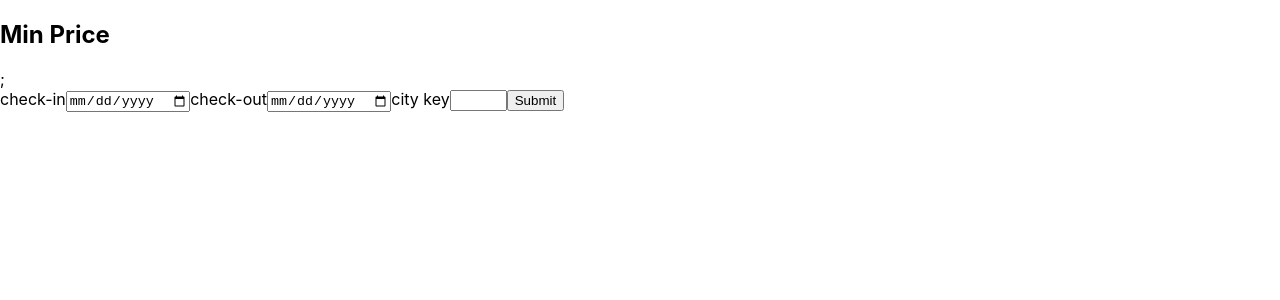
Repository: vsterev/il-test
Page: /min-price
These files come from the project's save history. The page is drawn as it stood at one moment and after the next save; the edit follows.
The browser window is 1280 px wide. The pictures show the whole page.
The project was rebuilt for these pictures with package versions that can differ from the ones it lists, and the page was loaded fresh each time. A package was used in the major version that the imports need, not the one package.json lists. Also part of the build but not shown: src/components/error/index.jsx.

Above is the page before, as saved 2021-04-27 08:18:22.

### src/index.js
import React from 'react';
import ReactDOM from 'react-dom';
import './index.css';
// import App from './App';
import reportWebVitals from './reportWebVitals';
// import MinPrice from './components/minPrice';
import Navigation from './navigation';

ReactDOM.render(
  <React.StrictMode>
    {/* <App /> */}
    {/* <MinPrice /> */}
    <Navigation />
  </React.StrictMode>,
  document.getElementById('root')
);

// If you want to start measuring performance in your app, pass a function
// to log results (for example: reportWebVitals(console.log))
// or send to an analytics endpoint. Learn more: https://bit.ly/CRA-vitals
reportWebVitals();

### src/navigation.jsx
import React from 'react';
import { Switch, BrowserRouter, Route, Redirect } from 'react-router-dom';
import MinPrice from './components/minPrice';
import Error from './components/error';
const Navigation = () => {
  return (
    <BrowserRouter>
      <Switch>
        <Route path="/min-price" render={() => <MinPrice />} />
        <Route path="*" render={() => <Error msg="Page not Found - 404" />} />
      </Switch>
    </BrowserRouter>
  );
};
export default Navigation;

### src/components/minPrice/index.jsx
import React, { useState } from 'react';
const MinPrice = () => {
  const [details, setDetails] = useState({ checkIn: '', checkOut: '', cityKey: '' });
  const submitHandler = (e) => {
    e.preventDefault();
    console.log(details);
  };
  return (
    <React.Fragment>
      <h2>Min Price</h2>;
      <form onSubmit={submitHandler}>
        <label htmlFor="checkIn">check-in</label>
        <input
          type="date"
          id="checkIn"
          value={details.checkIn}
          onChange={(e) => setDetails({ ...details, checkIn: e.target.value })}></input>
        <label htmlFor="checkOut">check-out</label>
        <input
          type="date"
          id="checkOut"
          value={details.checkOut}
          onChange={(e) => setDetails({ ...details, checkOut: e.target.value })}></input>
        <label htmlFor="cityKey">city key</label>
        <input
          type="text"
          id="cityKey"
          size="4"
          value={details.cityKey}
          onChange={(e) => setDetails({ ...details, cityKey: e.target.value })}
        />
        <button>Submit</button>
      </form>
    </React.Fragment>
  );
};
export default MinPrice;

Loaded but not shown: public/index.html (common file); src/index.css (common file); src/reportWebVitals.js (common file)

After the next save:
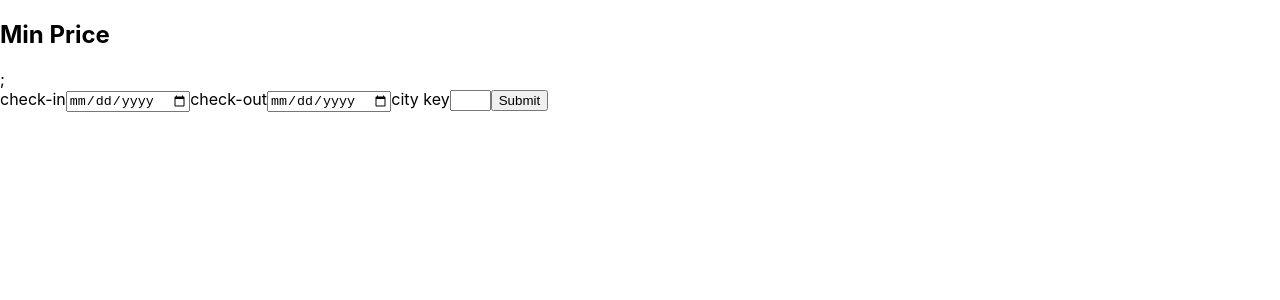
Saved 21 s later.
--- a/src/components/minPrice/index.jsx
+++ b/src/components/minPrice/index.jsx
@@ -25,7 +25,7 @@ const MinPrice = () => {
         <input
           type="text"
           id="cityKey"
-          size="4"
+          size="2"
           value={details.cityKey}
           onChange={(e) => setDetails({ ...details, cityKey: e.target.value })}
         />
